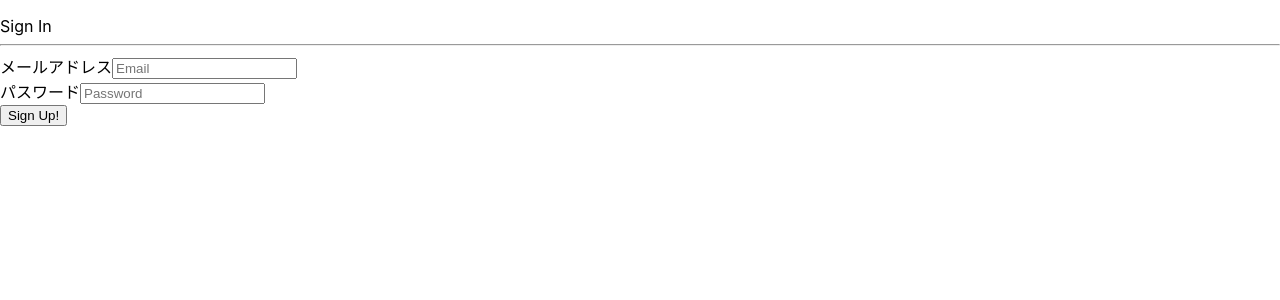
Repository: tosaken1116/Backs-of-seniors-hackathon
Page: /components/SignInModal
These files come from the project's save history. The page is drawn as it stood at one moment and after the next save; the edit follows.
The browser window is 1280 px wide. The pictures show the whole page.
The project was rebuilt for these pictures with package versions that can differ from the ones it lists, and the page was loaded fresh each time. The framework's server and built-in components were replaced by stand-ins that run in the browser. Also part of the build but not shown: next.config.js.

Above is the page before, as saved 2022-07-17 11:14:48.

### pages/_document.js
import Document, { Head, Html, Main, NextScript } from 'next/document'

class MyDocument extends Document {
  render() {
    return (
      <Html>
        <Head>
          <link
            href="https://fonts.googleapis.com/css2?family=Inter&display=optional"
            rel="stylesheet"
          />
        </Head>
        <body>
          <Main />
          <NextScript />
        </body>
      </Html>
    )
  }
}

export default MyDocument

### pages/components/SignInModal.tsx
import { useState } from "react";
export default function SignInModal() {
    type loginElement = {
        username: string;
        email: string;
        password: string;
    };
    let initialValues = { username: "", email: "", password: "" };
    const [formValues, setFormValues] = useState<loginElement>(initialValues);
    const handleChange = (event) => {
        // console.log(event.target);
        const { name, value } = event.target;
        setFormValues({ ...formValues, [name]: value });
    };
    return (
        <p className="text-center">
            <div className="flex-initial bg-rose-300">
                <div>Sign In</div>
            </div>
            <div className="formcontainer">
                <form>
                    <hr />
                    <div className="uiForm">
                        <div className="formField">
                            <label>メールアドレス</label>
                            <input
                                type="text"
                                placeholder="Email"
                                name="email"
                                required
                                onChange={(event) => handleChange(event)}
                            />
                        </div>
                        <div className="formField bg">
                            <label>パスワード</label>
                            <input
                                type="password"
                                placeholder="Password"
                                name="password"
                                required
                                onChange={(event) => handleChange(event)}
                            />
                        </div>
                        <div className="m-3">
                            <button className="px-2 py-1 bg-green-400 text-xl text-white font-semibold rounded hover:bg-green-500">
                                Sign Up!
                            </button>
                        </div>
                    </div>
                </form>
            </div>
        </p>
    );
}

Loaded but not shown: pages/_app.js (common file); styles/globals.css (common file)

After the next save:
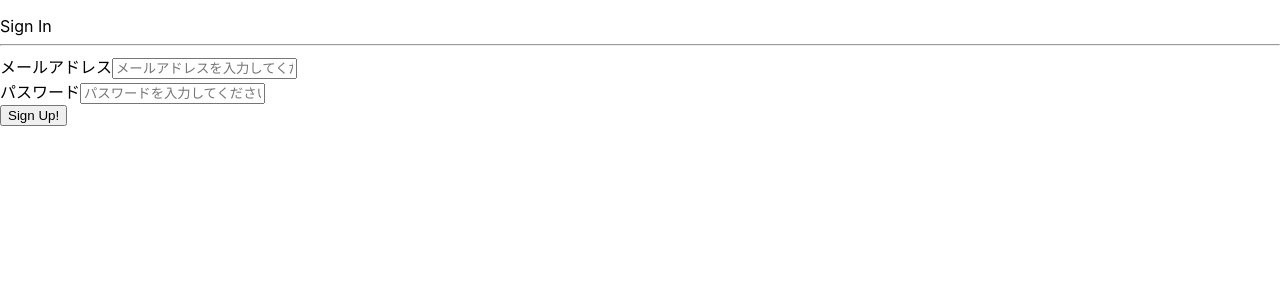
Saved 35 s later.
--- a/pages/components/SignInModal.tsx
+++ b/pages/components/SignInModal.tsx
@@ -25,7 +25,7 @@ export default function SignInModal() {
                             <label>メールアドレス</label>
                             <input
                                 type="text"
-                                placeholder="Email"
+                                placeholder="メールアドレスを入力してください"
                                 name="email"
                                 required
                                 onChange={(event) => handleChange(event)}
@@ -35,7 +35,7 @@ export default function SignInModal() {
                             <label>パスワード</label>
                             <input
                                 type="password"
-                                placeholder="Password"
+                                placeholder="パスワードを入力してください"
                                 name="password"
                                 required
                                 onChange={(event) => handleChange(event)}
